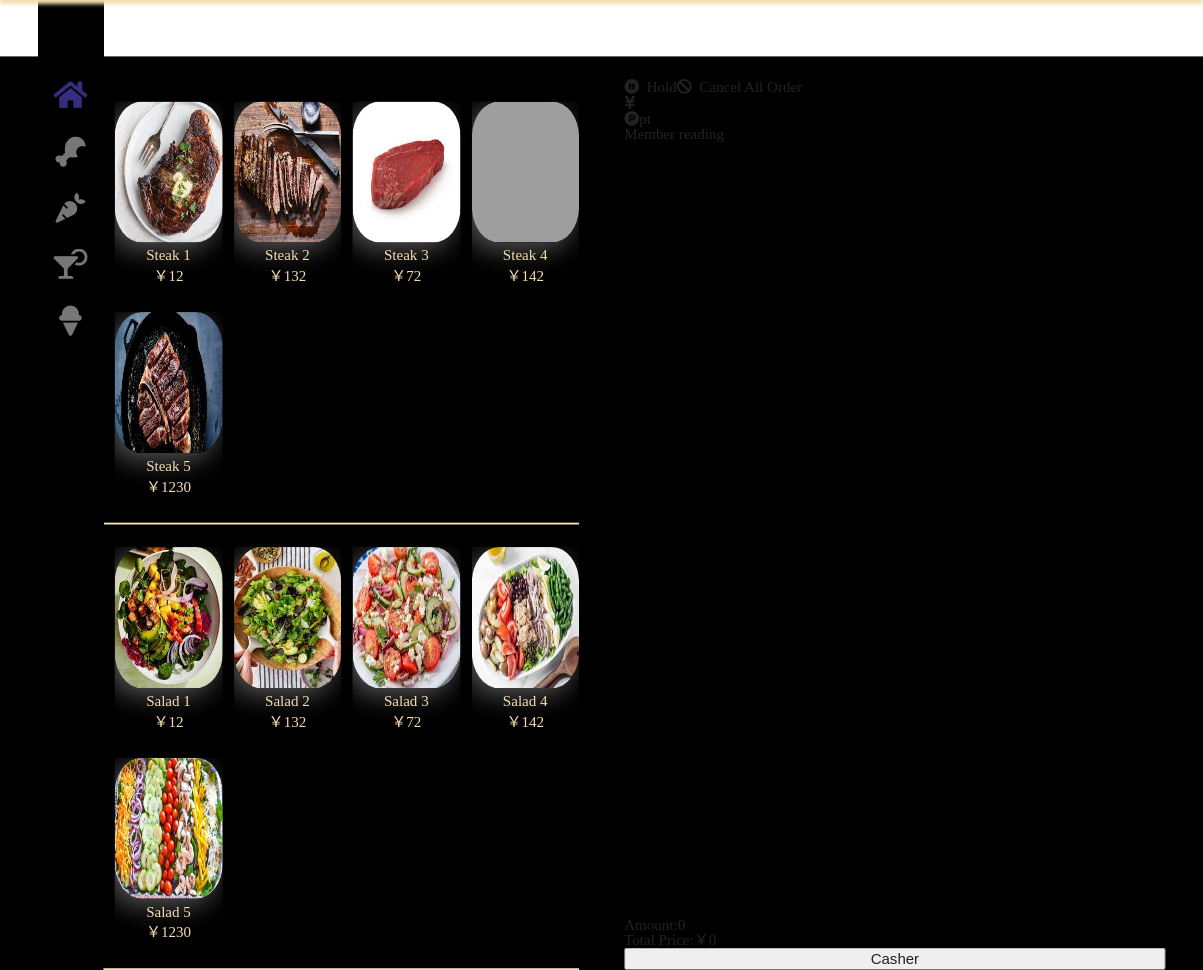
Repository: vuhungson158/Menu
Page: /
These files come from the project's save history. The page is drawn as it stood at one moment and after the next save; the edit follows.
The browser window is 1280 px wide. The pictures show the whole page, at 94% of full size.
Pictures or frames that could not be fetched are drawn as grey boxes. The project was rebuilt for these pictures with package versions that can differ from the ones it lists, and the page was loaded fresh each time. Also part of the build but not shown: src/component/mainMenu/orderBlock/orderContent/OrderedItem.jsx, src/redux-store/actions/HoldActions.jsx, src/component/mainMenu/orderBlock/utilities/HoldItem.jsx.

Above is the page before, as saved 2021-08-22 09:56:42.

After the next save:
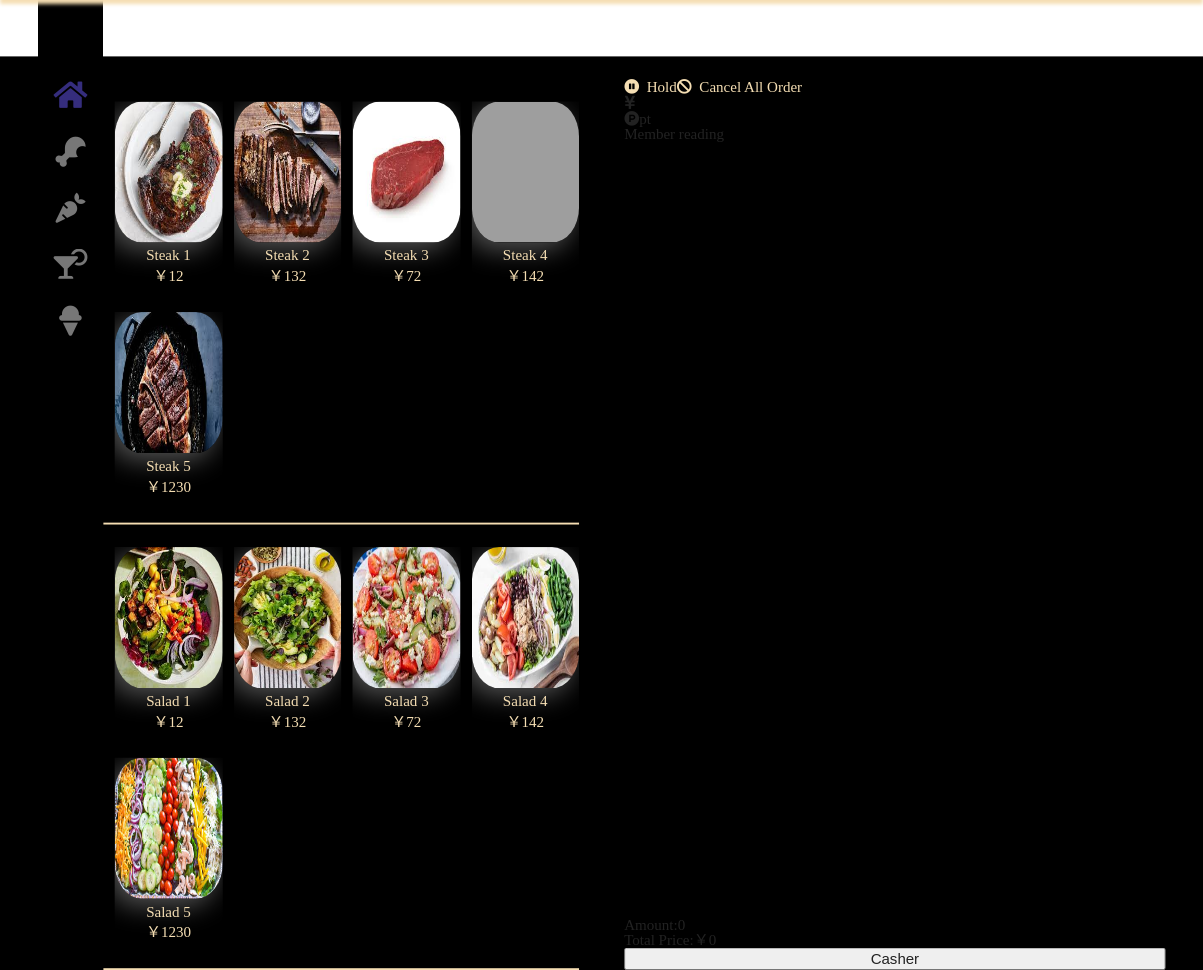
Saved 30 s later.
--- a/src/styles/App.scss
+++ b/src/styles/App.scss
@@ -261,6 +261,7 @@ body {
                 flex-direction: column;
                 #utilities{
                     display: flex;
+                    color: $color_1st;
                 }
                 #order-list{
                     flex-grow: 1;
